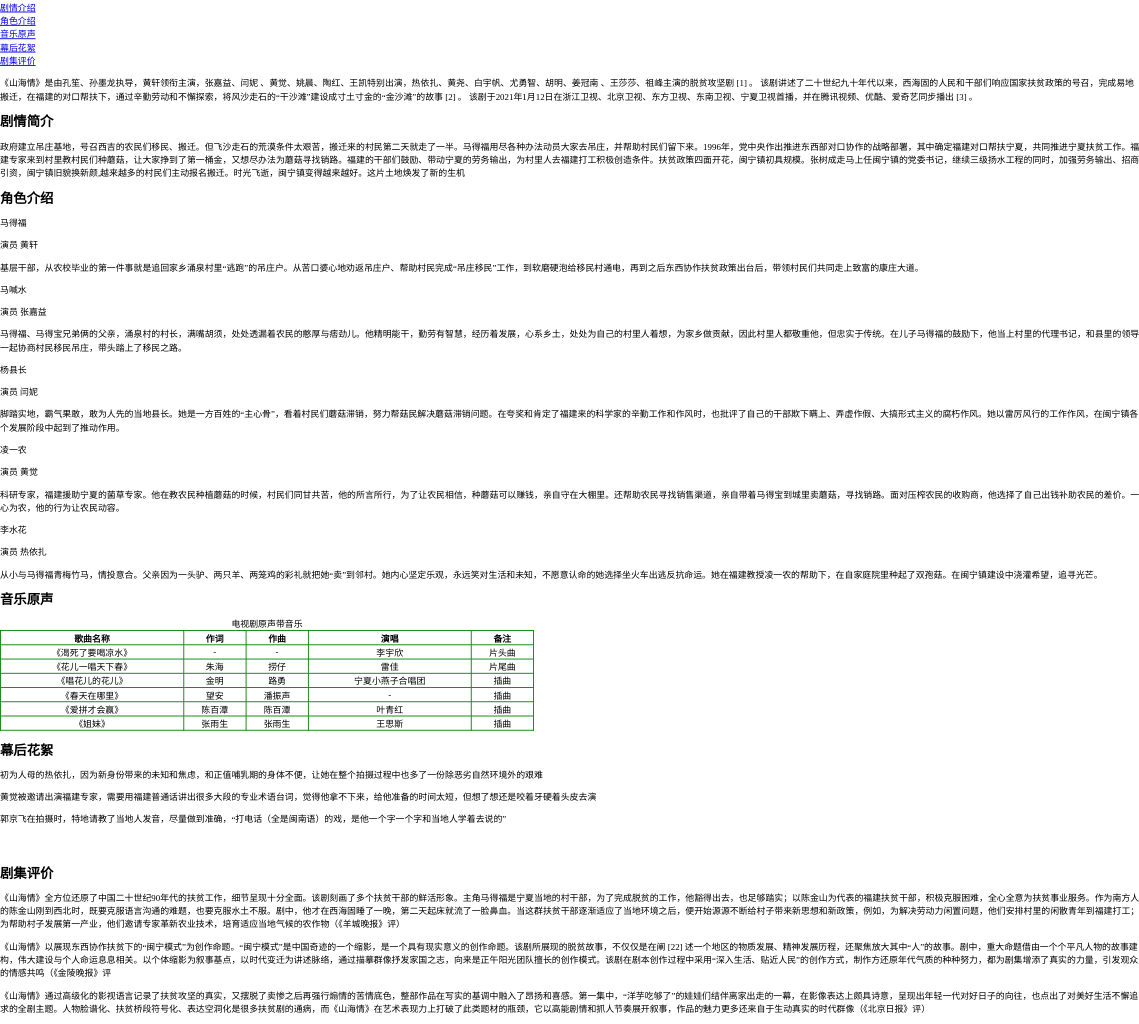
Repository: Lixianlai-2/static-website
Page: index.html
These files come from the project's save history. The page is drawn as it stood at one moment and after the next save; the edit follows.
The browser window is 1280 px wide. The pictures show the whole page, at 89% of full size.

Above is the page before, as saved 2021-11-30 20:43:50.

After the next save:
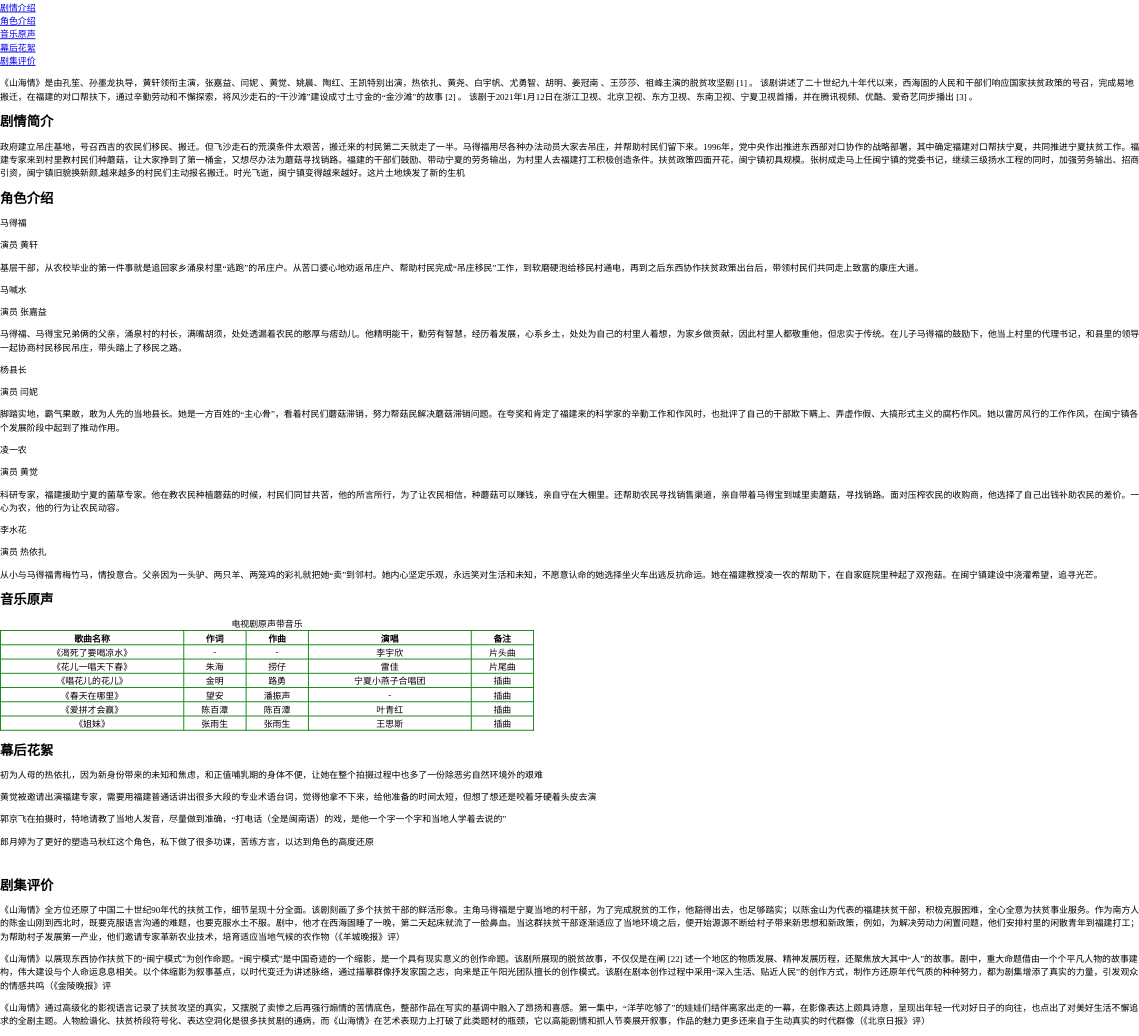
Saved 6 s later.
--- a/index.html
+++ b/index.html
@@ -248,7 +248,11 @@
           郭京飞在拍摄时，特地请教了当地人发音，尽量做到准确，“打电话（全是闽南语）的戏，是他一个字一个字和当地人学着去说的”
         </p>
       </li>
-      <li></li>
+      <li>
+        <p>
+          郎月婷为了更好的塑造马秋红这个角色，私下做了很多功课，苦练方言，以达到角色的高度还原
+        </p>
+      </li>
       <li></li>
     </ul>
     <h2 id="Evaluation">剧集评价</h2>
